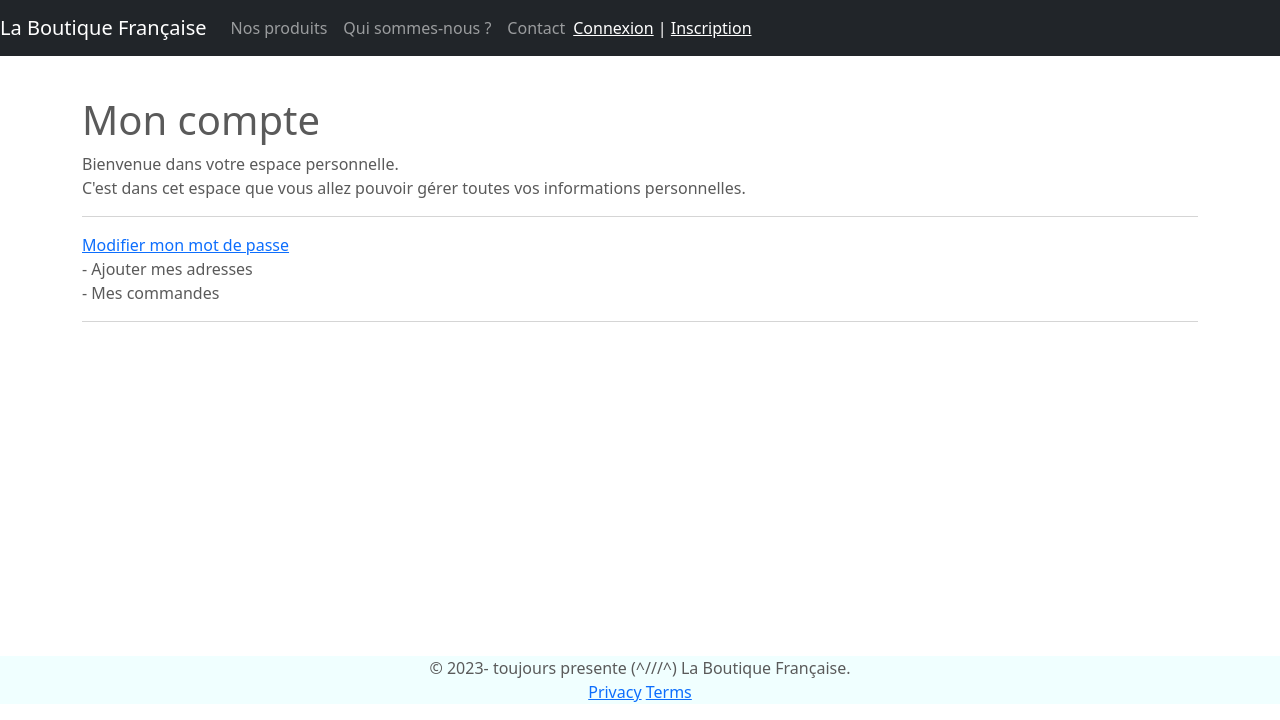
Repository: Coulibaly00180/laboutiquefrancaise
Page: templates/account/index.html.twig
These files come from the project's save history. The page is drawn as it stood at one moment and after the next save; the edit follows.
The browser window is 1280 px wide. The pictures show the whole page.
The page is a Twig template of a Symfony application; nobody is signed in and links lead nowhere. The template is opened directly, without the code that normally fills it, so the values that code supplies are empty.

Above is the page before, as saved 2023-03-03 18:00:34.

After the next save:
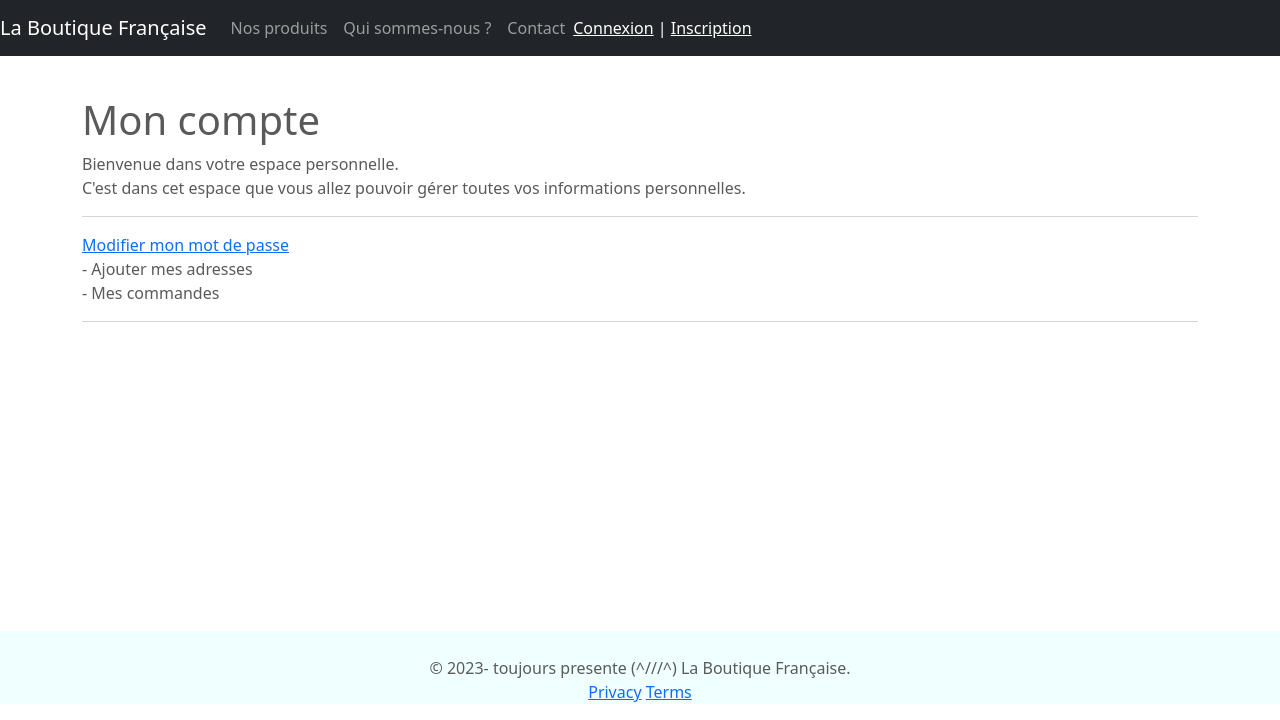
Saved 26 s later.
--- a/public/assets/css/style.css
+++ b/public/assets/css/style.css
@@ -8,4 +8,5 @@
     bottom: 0;
     width: 100%;
     background-color: azure;
+    padding-top: 25px;
 }
